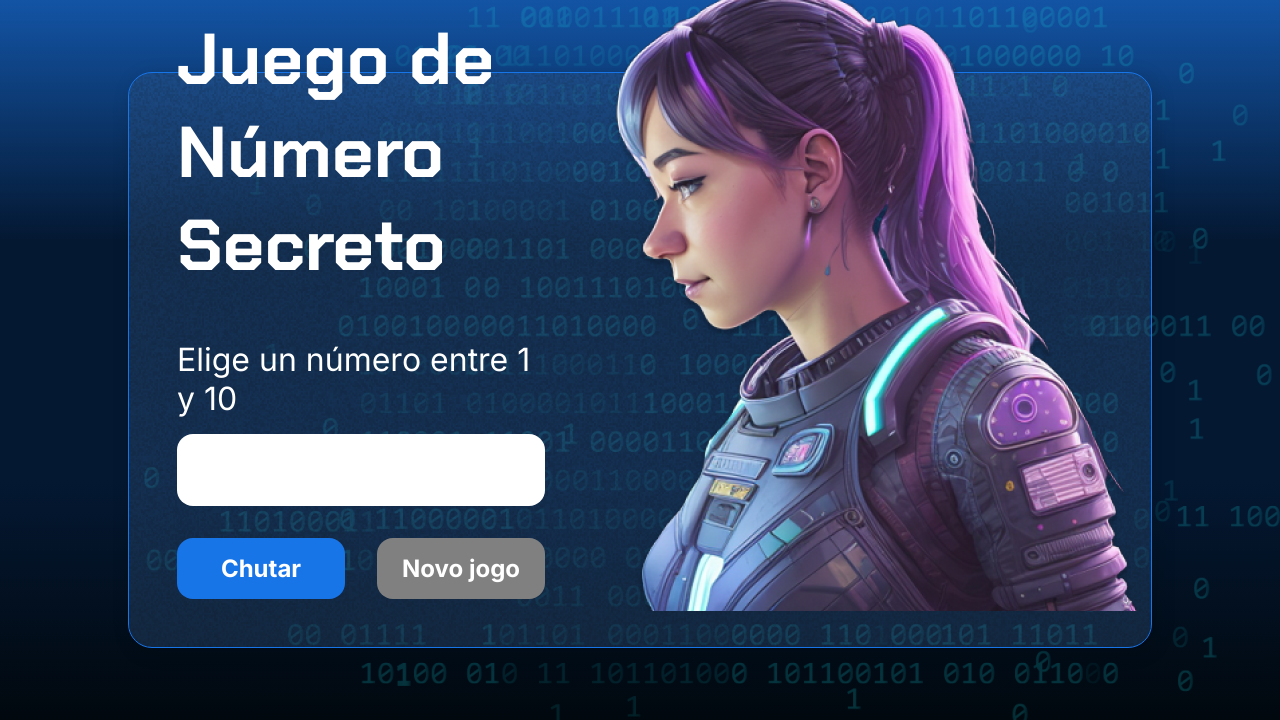
Repository: AnaFzCz/JuegoDeNumeroSecreto
Page: index.html
These files come from the project's save history. The page is drawn as it stood at one moment and after the next save; the edit follows.
The browser window is 1280 px wide. The pictures show the whole page.

Above is the page before, as saved 2025-02-03 15:49:36.

After the next save:
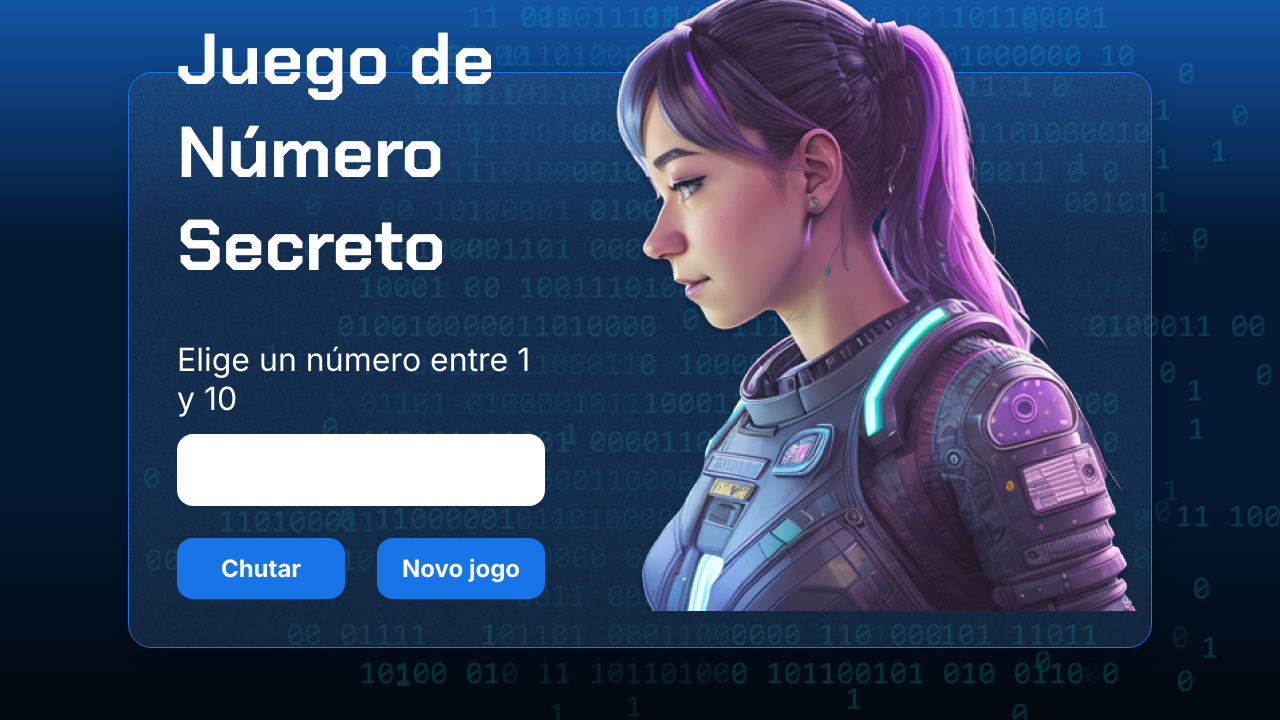
Saved 11 min 56 s later.
--- a/index.html
+++ b/index.html
@@ -25,7 +25,7 @@
                 <input type="number" min="1" max="10" class="container__input">
                 <div class="chute container__botoes">
                     <button onclick="verificarChute()" class="container__botao">Chutar</button>
-                    <button onclick="reiniciarJuego()" id="reiniciar" class="container__botao" disabled>Novo jogo</button>
+                    <button onclick="reiniciarJuego()" id="reiniciar" class="container__botao" >Novo jogo</button>
                 </div>
             </div>
             <img src="./img/ia.png" alt="Uma pessoa olhando para a esquerda" class="container__imagem-pessoa" />

After the save that followed:
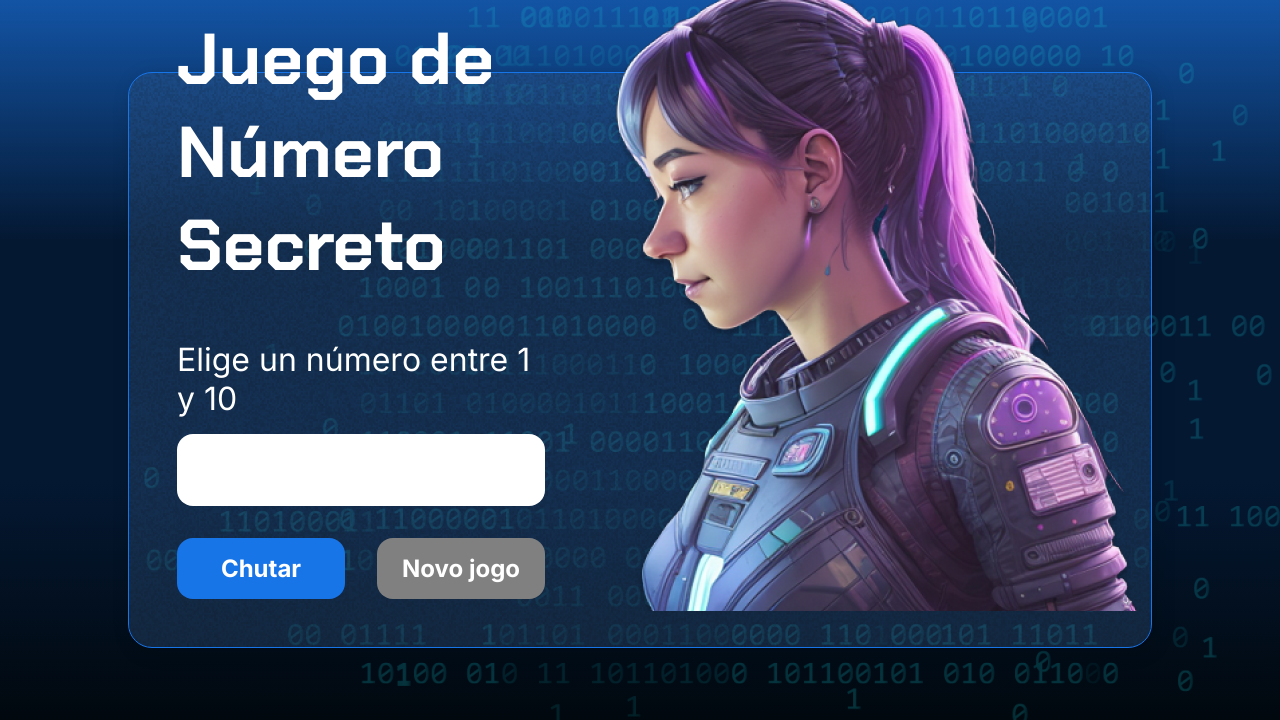
Saved 10 min 32 s later.
--- a/index.html
+++ b/index.html
@@ -25,7 +25,7 @@
                 <input type="number" min="1" max="10" class="container__input">
                 <div class="chute container__botoes">
                     <button onclick="verificarChute()" class="container__botao">Chutar</button>
-                    <button onclick="reiniciarJuego()" id="reiniciar" class="container__botao" >Novo jogo</button>
+                    <button onclick="reiniciarJuego()" id="reiniciar" class="container__botao" disabled>Novo jogo</button>
                 </div>
             </div>
             <img src="./img/ia.png" alt="Uma pessoa olhando para a esquerda" class="container__imagem-pessoa" />
--- a/app.js
+++ b/app.js
@@ -44,7 +44,7 @@ function generarNumeroAleatorio() {
     return parseInt(Math.random() * 10 + 1);
 }
 
-function limparCampo(params) {
+function limparCampo() {
     chute = document.querySelector('input');
     chute.value('');
 }
